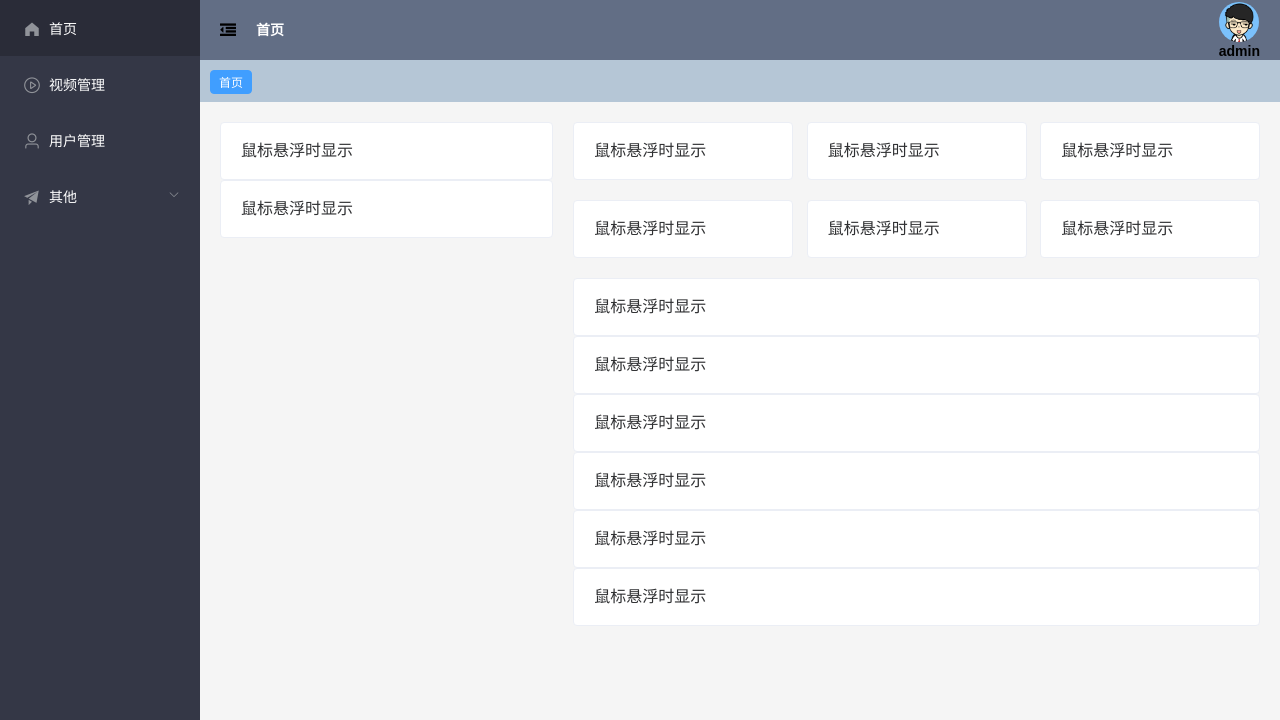
Repository: coWhy/vue-manage
Page: /
The author's editor kept a copy of each file at every save. The page is drawn from the files as they stood at one save, then again after the next save.
The browser window is 1280 px wide. The pictures show the whole page.
The project was rebuilt for these pictures with package versions that can differ from the ones it lists, and the page was loaded fresh each time. Also part of the build but not shown: vue.config.js.

Above is the page before, as saved 2020-04-13 22:44:24.

### src/main.js
import Vue from 'vue'
import App from './App.vue'
import router from './router'
import store from './store'
// 全局配置样式
import '@/assets/scss/reset.scss'
import '@/assets/font-awesome-4.7.0/css/font-awesome.css'
// 第三方包
import ElementUI from 'element-ui'
import 'element-ui/lib/theme-chalk/index.css'
// 自定义全局插件
import http from '@/plugins/http' // 自定义全局axios
// 引入Mock 主要是用于前端模拟使用 使用时 记得注释掉
import './mock'

Vue.config.productionTip = false
Vue.use(http)
console.log(
  `当前所处开发环境:【${process.env.NODE_ENV}】| 路由为: 【${process.env.VUE_APP_URL}】`
)
Vue.use(ElementUI)
new Vue({
  router,
  store,
  render: h => h(App)
}).$mount('#app')

### src/App.vue
<template>
  <div id="app">
    <router-view />
  </div>
</template>

<style lang="scss">
#app {
  // color: $theme-color;
  height: 100vh;
}
</style>

### src/router/index.js
import Vue from 'vue'
import VueRouter from 'vue-router'
//
const originalPush = VueRouter.prototype.push
VueRouter.prototype.push = function push(location) {
  return originalPush.call(this, location).catch(err => err)
}
Vue.use(VueRouter)

const routes = [
  {
    path: '/',
    component: () => import('@/views/layout/index'),
    children: [
      {
        path: '/',
        name: 'home',
        component: () => import('@/views/home/index')
      },
      {
        path: '/video',
        name: 'video',
        component: () => import('@/views/video/index')
      },
      {
        path: '/user',
        name: 'user',
        component: () => import('@/views/user/index')
      },
      {
        path: '/page1',
        name: 'page1',
        component: () => import('@/views/other/page1')
      },
      {
        path: '/page2',
        name: 'page2',
        component: () => import('@/views/other/page2')
      }
    ]
  }
]

const router = new VueRouter({
  routes
})

export default router

### src/store/index.js
import Vue from 'vue'
import Vuex from 'vuex'
import tag from './modules/tag'
Vue.use(Vuex)

export default new Vuex.Store({
  state: {},
  mutations: {},
  actions: {},
  modules: {
    tag
  }
})

### src/plugins/http.js
// 自定义开发插件
import axios from 'axios'

const MyHttpServer = {}

MyHttpServer.install = Vue => {
  // 基准地址
  // axios.defaults.baseURL = process.env.VUE_APP_URL
  const service = axios.create({
    baseURL: process.env.VUE_APP_URL, //请求基础url
    timeout: 3000 //  请求超时时间
  })
  // 添加请求拦截器 token拦截
  service.interceptors.request.use(
    config => {
      return config
    },
    err => {
      console.log(err)
    }
  )
  // 响应拦截器
  service.interceptors.response.use(
    response => {
      let res = {}
      //  此处对不同状态码 进行不同的操作 比如404 跳转页面等
      res.status = response.status
      res.data = response.data
      return res
    },
    err => {
      console.log(err)
    }
  )
  Vue.prototype.$http = axios
}
export default MyHttpServer

### src/mock/index.js
import Mock from 'mockjs'
import homeApi from './home'
Mock.setup({
  timeout: '200-2000' // 设置延时 [200 - 2000ms]
})
// 首页相关
// 拦截 /home/getData
Mock.mock('/home/getData', 'get', homeApi.getHomeData) // /\/home\/getData/.

### src/assets/scss/_variable.scss
// 全局配置样式 修改主题颜色
$theme-color: #33aef0;

### src/views/layout/index.vue
<template>
  <el-container class="container">
    <!-- 左侧菜单栏 -->
    <el-aside width="auto">
      <common-aside></common-aside>
    </el-aside>
    <el-container>
      <!-- 头部 -->
      <el-header class="header">
        <common-header></common-header>
      </el-header>
      <!-- Tab标签 -->
      <common-tag class="tag"></common-tag>
      <!-- 主体 -->
      <el-main>
        <router-view></router-view>
      </el-main>
    </el-container>
  </el-container>
</template>

<script>
import CommonAside from './components/aside/index'
import CommonHeader from './components/header/index'
import CommonTag from './components/tag/index'
export default {
  components: {
    CommonAside,
    CommonHeader,
    CommonTag
  }
}
</script>

<style lang="scss" scoped>
.container {
  height: 100%;
}
.header {
  background-color: #626e85; // 头部背景色
  width: 100%;
}
.main {
  padding-top: 0;
}
</style>

### src/views/home/index.vue
<template>
  <el-row class="home" :gutter="20">
    <!-- 左侧 -->
    <el-col :span="8">
      <el-card shadow="hover">
        鼠标悬浮时显示
      </el-card>
      <el-card shadow="hover">
        鼠标悬浮时显示
      </el-card>
    </el-col>
    <!-- 右侧 -->
    <el-col :span="16">
      <!-- 顶部  -->
      <div class="num">
        <el-card shadow="hover" v-for="item in 6" :key="item">
          鼠标悬浮时显示
        </el-card>
      </div>
      <!-- 底部 -->
      <div>
        <el-card shadow="hover" v-for="item in 6" :key="item">
          鼠标悬浮时显示
        </el-card>
      </div>
    </el-col>
  </el-row>
</template>

<script>
export default {
  methods: {
    async getVideoData() {
      const res = await this.$http.get('/home/getData')
      console.log(res)
    }
  },
  created() {
    this.getVideoData()
  }
}
</script>

<style lang="scss" scoped>
@import url('~@/assets/scss/home.scss');
</style>

### src/store/modules/tag.js
export default {
  state: {
    isCollapse: false, // 左侧菜单栏是否折叠
    curMenu: null, // 点击选中的菜单
    menuList: [], // 全部菜单
    tagList: [
      // 首页是不可关闭的
      {
        path: '/',
        name: 'home',
        title: '首页',
        icon: 'el-icon-s-home'
      }
    ] // 存放tags 点击后 就存到里面去
  },
  mutations: {
    // 点击 菜单之后 对应的tab 标签也要 进入 tabList 进行存放
    // 首页 不加入tabList
    getMenu(state, selectedMenu) {
      if (selectedMenu.name !== 'home') {
        state.curMenu = selectedMenu
        let result = state.tagList.findIndex(
          item => item.name === selectedMenu.name
        )
        if (result === -1) {
          // 没找到这个tag 就放进tagList
          state.tagList.push(selectedMenu)
        }
      } else {
        state.curMenu = null
      }
    },
    // 关闭选中的tag
    closeTag(state, selectedTag) {
      // if (selectedTag.name !== 'home') {
      // }
      // 找到tag的索引 进行删除
      let result = state.tagList.findIndex(
        item => item.name === selectedTag.name
      )
      state.tagList.splice(result, 1)
    },
    // 折叠左侧菜单栏
    collapseAsideMenu(state) {
      state.isCollapse = !state.isCollapse
    }
  },
  actions: {},
  modules: {}
}

### src/mock/home.js
import Mock from 'mockjs'
export default {
  getHomeData: () => {
    return {
      code: 20000,
      data: [
        {
          name: 'SpringBoot',
          value: Mock.Random.float(1000, 10000, 0, 2)
        },
        {
          name: 'SpringBoot',
          value: Mock.Random.float(1000, 10000, 0, 2)
        },
        {
          name: 'React',
          value: Mock.Random.float(1000, 10000, 0, 2)
        },
        {
          name: 'Vue',
          value: Mock.Random.float(1000, 10000, 0, 2)
        },
        {
          name: '微信小程序',
          value: Mock.Random.float(1000, 10000, 0, 2)
        },
        {
          name: 'Es6',
          value: Mock.Random.float(1000, 10000, 0, 2)
        },
        {
          name: 'Java',
          value: Mock.Random.float(1000, 10000, 0, 2)
        }
      ]
    }
  }
}

### src/views/layout/components/aside/index.vue
<template>
  <el-menu
    default-active="2"
    class="el-menu-vertical-demo"
    :background-color="asideSetting.bgColor"
    :text-color="asideSetting.texteColor"
    :active-text-color="asideSetting.activeTextColor"
    :collapse="isCollapse"
  >
    <!-- 这是没有子级菜单的
    handleClickMenu(item) 将选中的菜单元素存入store中的menu 用于tab使用
    由于 分两种情况 所以 下面两种 都需要加上handleClickMenu 事件
    v-for="item in noChildrenList" 遍历元素列表
    :index="item.path"  路由相关
    :key="item.title" 索引 避免重复
    -->
    <!-- noChildrenList -->
    <el-menu-item
      :index="item.path"
      v-for="item in noChildrenList"
      :key="item.title"
      @click="handleClickMenu(item)"
    >
      <i :class="item.icon"></i>
      <span slot="title">{{ item.title }}</span>
    </el-menu-item>
    <!-- hasChildrenList -->
    <el-submenu
      :index="item.title"
      v-for="item in hasChildrenList"
      :key="item.title"
    >
      <template slot="title">
        <i :class="item.icon"></i>
        <span slot="title">{{ item.title }}</span>
      </template>
      <el-menu-item-group>
        <el-menu-item
          :index="subItem.path"
          v-for="subItem in item.children"
          :key="subItem.title"
          @click="handleClickMenu(subItem)"
        >
          <i :class="subItem.icon"></i>
          <span slot="title">{{ subItem.title }}</span>
        </el-menu-item>
      </el-menu-item-group>
    </el-submenu>
  </el-menu>
</template>

<script>
export default {
  computed: {
    noChildrenList() {
      // asideMenuList 没有 子级菜单
      return this.asideMenuList.filter(item => !item.children)
    },
    hasChildrenList() {
      // asideMenuList 有 子级菜单
      return this.asideMenuList.filter(item => item.children)
    },
    // 取出vuex中的是否折叠isCollapse
    isCollapse() {
      return this.$store.state.tag.isCollapse
    }
  },
  data() {
    return {
      asideSetting: {
        bgColor: '#343746', // 侧边栏背景颜色
        activeTextColor: '#4ffffb', // 选中字体的颜色
        texteColor: '#fff' // 默认字体颜色
      },
      //侧边栏菜单列表
      asideMenuList: [
        {
          path: '/',
          name: 'home',
          title: '首页',
          icon: 'el-icon-s-home'
        },
        {
          path: '/video',
          name: 'video',
          title: '视频管理',
          icon: 'el-icon-video-play'
        },
        {
          path: '/user',
          name: 'user',
          title: '用户管理',
          icon: 'el-icon-user'
        },
        {
          title: '其他',
          icon: 'el-icon-s-promotion',
          children: [
            {
              path: '/page1',
              name: 'page1',
              title: '页面1',
              icon: 'el-icon-setting'
            },
            {
              path: '/page2',
              name: 'page2',
              title: '页面2',
              icon: 'el-icon-setting'
            }
          ]
        }
      ]
    }
  },
  methods: {
    // 选中菜单 传入store
    handleClickMenu(item) {
      // 跳转到指定的页面
      this.$router.push({ name: item.name })
      this.$store.commit('getMenu', item)
    }
  }
}
</script>

<style lang="scss" scoped>
.el-menu {
  // 菜单占满容器
  height: 100%;
  border: none;
}
// 折叠样式
.el-menu-vertical-demo:not(.el-menu--collapse) {
  width: 200px;
  min-height: 400px;
}
</style>

### src/views/layout/components/header/index.vue
<template>
  <header class="header">
    <div class="l-content">
      <!-- 折叠标签 可以折叠左侧菜单栏 折叠：fa fa-outdent 展开： fa fa-indent -->
      <i
        :class="
          $store.state.tag.isCollapse === true
            ? 'fa fa-indent'
            : 'fa fa-outdent '
        "
        aria-hidden="true"
        @click="collapseAsideMenu()"
      ></i>
      <!-- 面包屑导航 -->
      <el-breadcrumb separator="/">
        <!-- 默认保留一个 首页 -->
        <el-breadcrumb-item :to="{ path: '/' }">首页</el-breadcrumb-item>
        <!-- curMenu 不为null的时候才渲染出来 -->
        <el-breadcrumb-item :to="curMenu.path" v-if="curMenu">
          {{ curMenu.title }}
        </el-breadcrumb-item>
      </el-breadcrumb>
    </div>
    <!-- 用户部分 头像 下拉菜单 等 -->
    <div class="r-content">
      <el-dropdown trigger="click" size="mini">
        <span class="el-dropdown-link">
          <!-- 用户头像 和 用户名 动态获取 -->
          <img :src="userInfo.avatar" class="avatar" />
          <span class="name">{{ userInfo.username }}</span>
        </span>
        <el-dropdown-menu slot="dropdown">
          <el-dropdown-item>个人中心</el-dropdown-item>
          <el-dropdown-item>退出登录</el-dropdown-item>
        </el-dropdown-menu>
      </el-dropdown>
    </div>
  </header>
</template>

<script>
import { mapState } from 'vuex'
export default {
  computed: {
    ...mapState({
      curMenu: state => state.tag.curMenu // 选中的菜单对象
    })
  },
  data() {
    return {
      // 用户信息
      userInfo: {
        username: 'admin', // 用户名
        avatar: require('@/assets/images/user.png') // 用户头像
      }
    }
  },
  methods: {
    // 折叠左侧菜单栏
    collapseAsideMenu() {
      this.$store.commit('collapseAsideMenu')
    }
  }
}
</script>

<style lang="scss" scoped>
.header {
  display: flex;
  height: 100%;
  align-items: center;
  justify-content: space-between;
}
.l-content {
  // width: 380;
  display: flex;
  align-items: center;
  i {
    margin-right: 20px;
  }
  justify-content: space-between;
}
.r-content {
  .avatar {
    width: 40px;
    height: 40px;
    border-radius: 50%;
  }
  .name {
    display: flex;
    height: 100%;
    color: black;
    font-weight: bolder;
    align-items: center;
  }
}
</style>
<style lang="scss">
.el-breadcrumb__item {
  .el-breadcrumb__inner {
    color: #b9d0fb;
    font-weight: normal;
  }
  &:last-child {
    .el-breadcrumb__inner {
      color: #ffffff;
      font-weight: bolder;
    }
  }
}
</style>

### src/views/layout/components/tag/index.vue
<template>
  <div class="tags">
    <!--  tabs标签
  不是首页才可以关闭
  选中tag颜色变化 :effect="$route.name === tag.name ? 'dark' : 'plain'"
  -->
    <el-tag
      size="small"
      :key="tag.name"
      v-for="tag in tagList"
      :closable="tag.name !== 'home'"
      :disable-transitions="false"
      @close="handleClose(tag)"
      @click="changeMenu(tag)"
      :effect="$route.name === tag.name ? 'dark' : 'plain'"
    >
      {{ tag.title }}
    </el-tag>
  </div>
</template>

<script>
import { mapState, mapMutations } from 'vuex'
export default {
  computed: {
    ...mapState({
      tagList: state => state.tag.tagList
    })
  },
  data() {
    return {}
  },
  methods: {
    ...mapMutations({
      closeTag: 'closeTag'
    }),
    // 关闭tag
    handleClose(tag) {
      this.closeTag(tag)
    },
    changeMenu(tag) {
      this.$store.commit('getMenu', tag)
      this.$router.push({ name: tag.name })
    }
  }
}
</script>

<style lang="scss" scoped>
.tags {
  background-color: #b5c6d6;
  position: relative;
  height: 42px;
  border: none;
  overflow: hidden;
  padding: 10px;
  .el-tag {
    padding-top: 1px;
    padding-bottom: 1px;
    margin-right: 15px;
    cursor: pointer;
  }
}
</style>

### src/assets/scss/home.scss
.home {
  .user {
    display: flex;
    align-items: center;
    padding-bottom: 20px;
    margin-bottom: 20px;
    border-bottom: 1px solid #ccc;
    img {
      width: 150px;
      height: 150px;
      border-radius: 50%;
      margin-right: 40px;
    }
    &info {
      .name {
        font-size: 32px;
        margin-bottom: 10px;
      }
      .access {
        color: #999999;
      }
    }
  }
  .login-info {
    p {
      line-height: 28px;
      font-size: 14px;
      color: #999999;
      span {
        color: #666666;
        margin-left: 60px;
      }
    }
  }
  .num {
    display: flex;
    flex-wrap: wrap;
    justify-content: space-between;
    .el-card {
      width: 32%;
      margin-bottom: 20px;
    }
    .icon {
      font-size: 30px;
      width: 80px;
      height: 80px;
      text-align: center;
      line-height: 80px;
      color: #fff;
    }
    .detail {
      margin-left: 15px;
      display: flex;
      flex-direction: column;
      justify-content: center;
      .num {
        font-size: 30px;
        margin-bottom: 10px;
      }
      .txt {
        font-size: 14px;
        text-align: center;
        color: #999999;
      }
    }
  }
  .graph {
    margin-top: 20px;
    display: flex;
    justify-content: space-between;
    .el-card {
      width: 48%;
    }
  }
}

Loaded but not shown: public/index.html (common file); src/assets/scss/reset.scss (common file); src/assets/font-awesome-4.7.0/css/font-awesome.css (library)

After the next save:
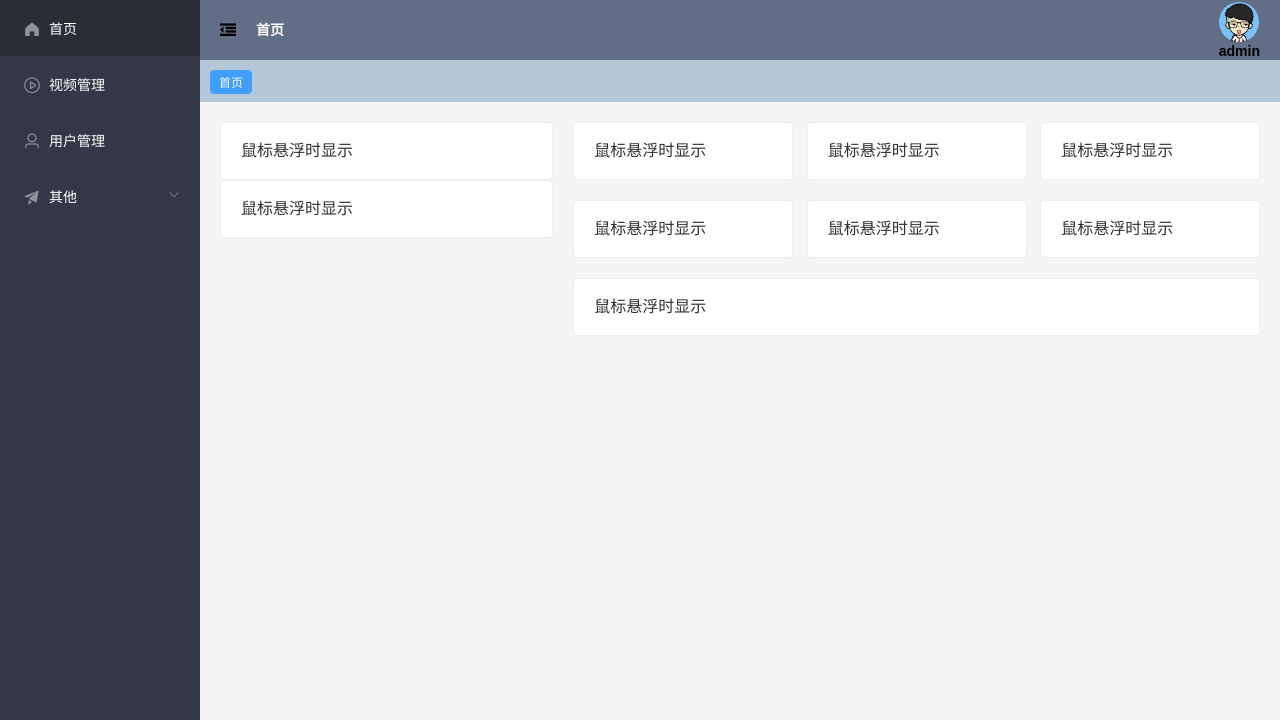
Saved 11 s later.
--- a/src/views/home/index.vue
+++ b/src/views/home/index.vue
@@ -19,7 +19,7 @@
       </div>
       <!-- 底部 -->
       <div>
-        <el-card shadow="hover" v-for="item in 6" :key="item">
+        <el-card shadow="hover">
           鼠标悬浮时显示
         </el-card>
       </div>
